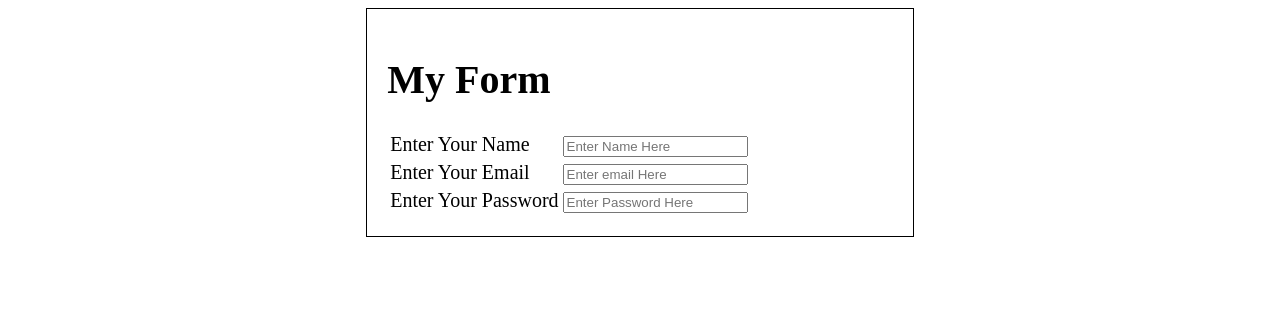
Repository: Attishgawali/JavaServletAndJSP
Page: demoApp2/src/main/webapp/form.html
The author's editor kept a copy of each file at every save. The page is drawn from the files as they stood at one save, then again after the next save.
The browser window is 1280 px wide. The pictures show the whole page.

Above is the page before, as saved 2023-07-04 14:21:01.

After the next save:
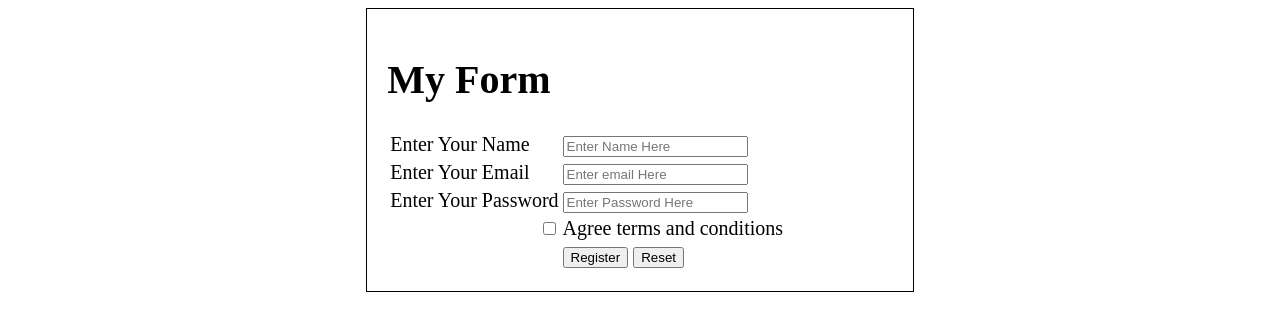
Saved 34 s later.
--- a/demoApp2/src/main/webapp/form.html
+++ b/demoApp2/src/main/webapp/form.html
@@ -36,6 +36,19 @@
 						placeholder="Enter Password Here"></td>
 				</tr>
 
+
+				<tr>
+					<td style="text-align: right"><input type="checkbox"
+						value="checked" name="condition"></td>
+					<td>Agree terms and conditions</td>
+				</tr>
+
+				<tr>
+					<td></td>
+					<td><button type="submit">Register</button>
+						<button type="reset">Reset</button></td>
+				</tr>
+
 			</table>
 		</form>
 
